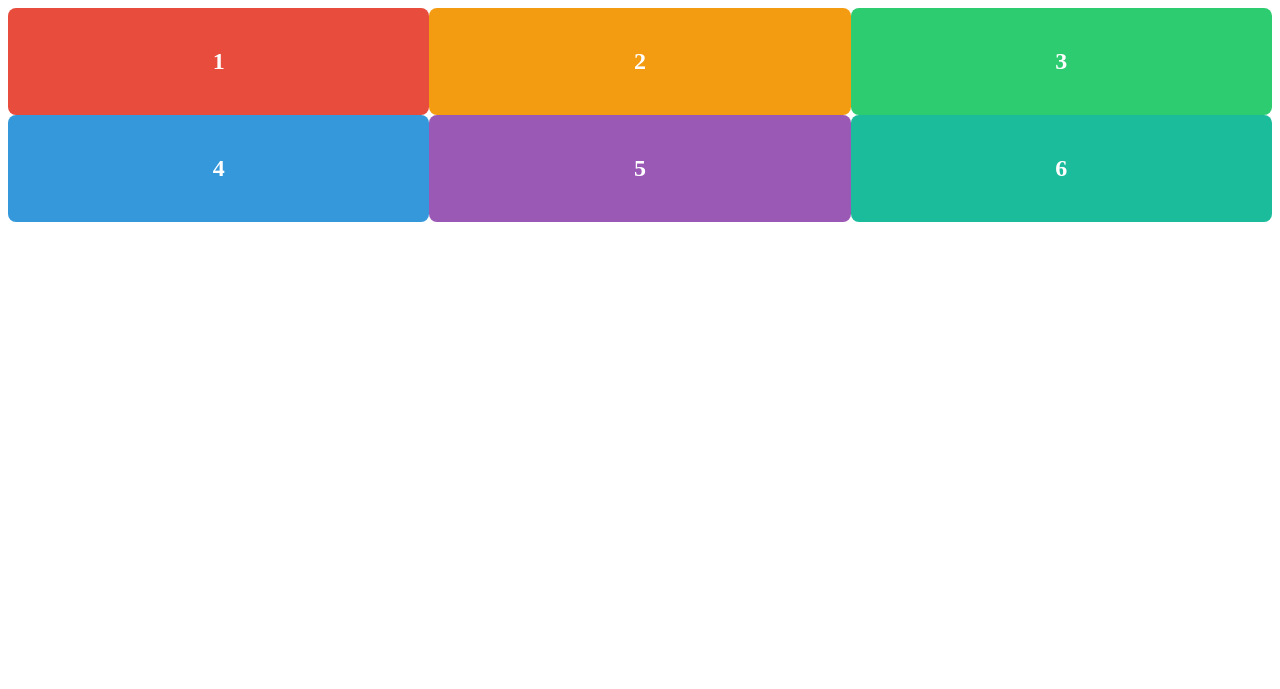
Repository: mertfurkandgn/artpainting
Page: card-1/index.html
An editor plug-in stored every save of this project. The page is shown before and after the next save, followed by the edit.
The browser window is 1280 px wide. The pictures show the whole page.

Above is the page before, as saved 2025-07-30 21:43:32.

After the next save:
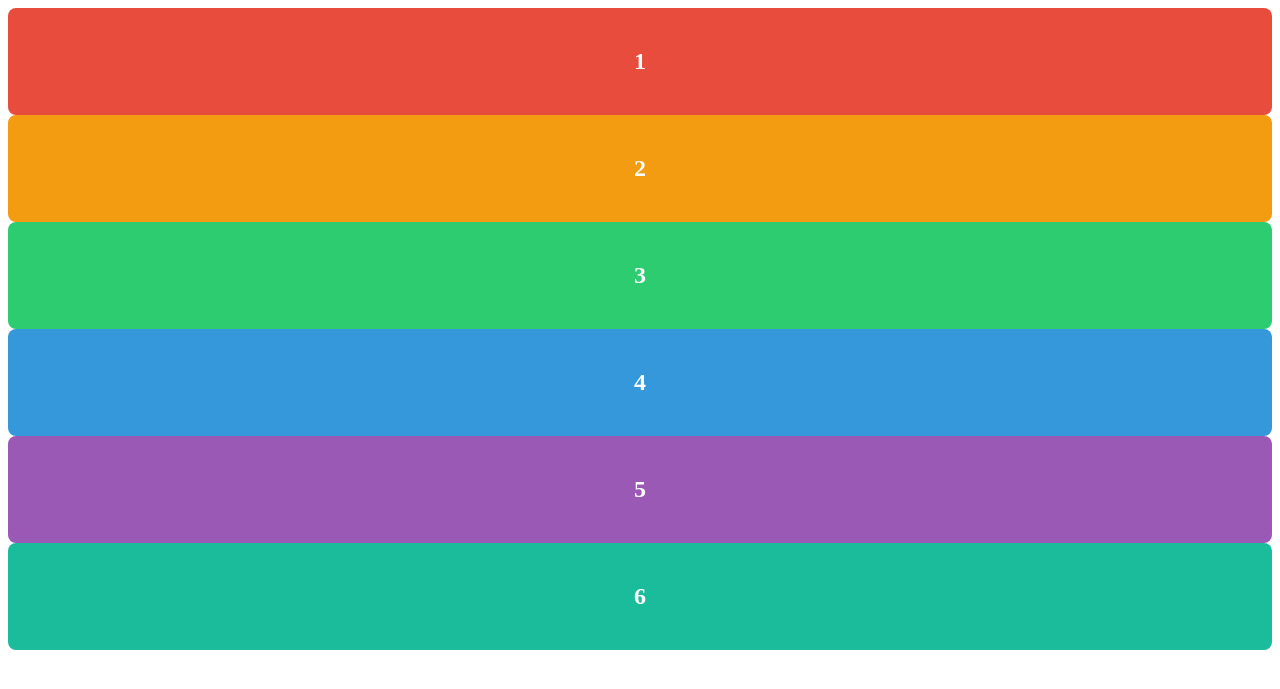
Saved 18 s later.
--- a/card-1/css/style.css
+++ b/card-1/css/style.css
@@ -1,6 +1,8 @@
 .grid-container{
     display: grid;
- grid-template-columns: repeat(auto-fit, minmax(200px, 1fr));}
+
+       grid-column: span 2;
+}
 .item {
       color: white;
       padding: 40px 0;
@@ -8,7 +10,6 @@
       text-align: center;
       border-radius: 8px;
       font-weight: bold;
-       grid-column: span 2;
     }
 
     /* Her kutuya farklı arka plan rengi */
